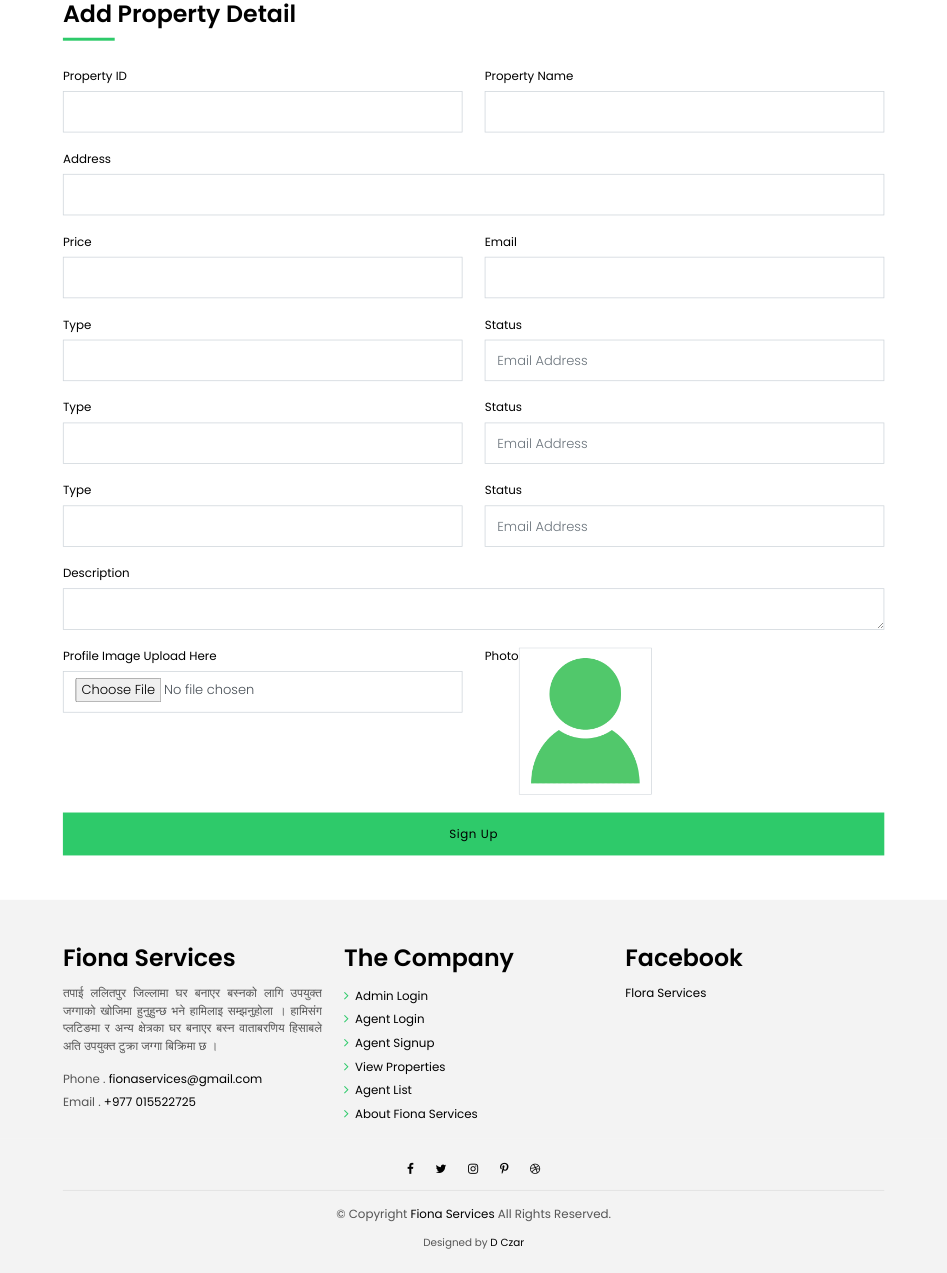
Repository: Sjuicyy/realstate
Page: Add-Property.html
An editor plug-in stored every save of this project. The page is shown before and after the next save, followed by the edit.
The browser window is 1280 px wide. The pictures show the whole page, at 74% of full size.

Above is the page before, as saved 2022-10-13 15:46:01.

After the next save:
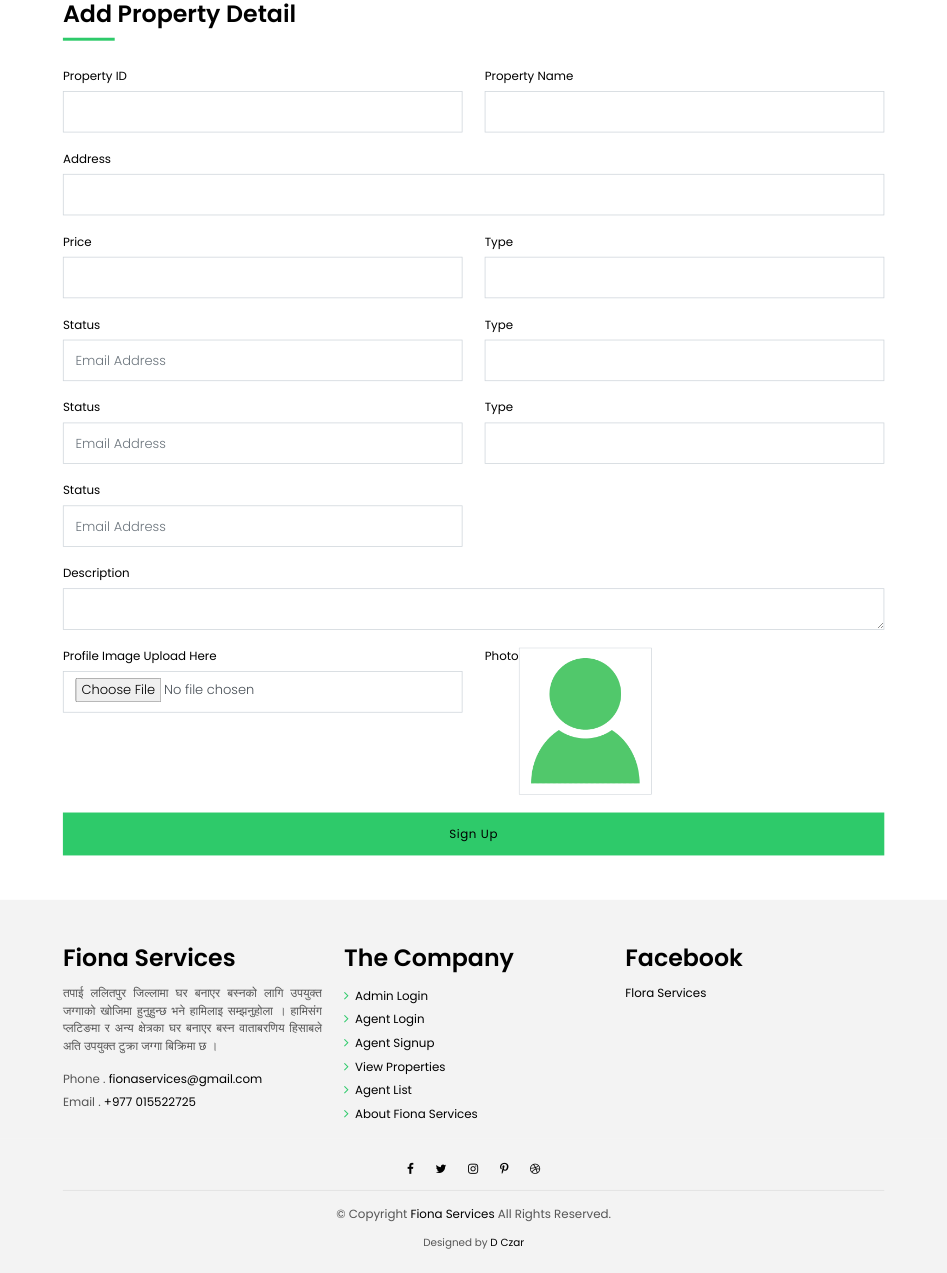
Saved 36 s later.
--- a/Add-Property.html
+++ b/Add-Property.html
@@ -142,13 +142,7 @@
                 <input type="number" class="form-control form-control-lg form-control-a" name="Phone">
               </div>
             </div>
-            <div class="col-md-6 mb-2">
-              <div class="form-group">
-                <label for="bedrooms">Email</label>
-                <input type="email" class="form-control form-control-lg form-control-a"
-                  name="Email">
-              </div>
-            </div>
+
 
 
 

After the save that followed:
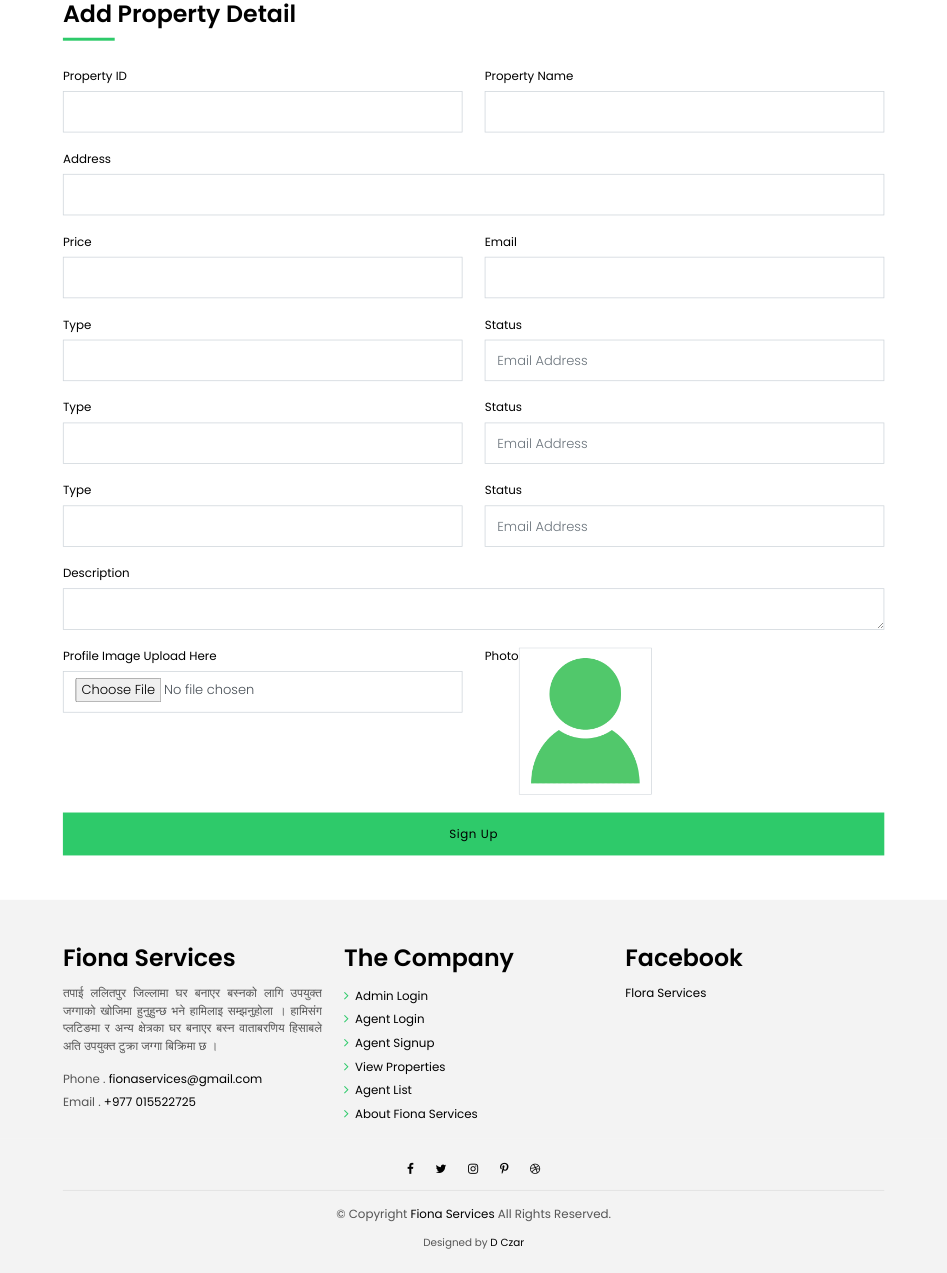
Saved 6 s later.
--- a/Add-Property.html
+++ b/Add-Property.html
@@ -142,7 +142,13 @@
                 <input type="number" class="form-control form-control-lg form-control-a" name="Phone">
               </div>
             </div>
-
+            <div class="col-md-6 mb-2">
+              <div class="form-group">
+                <label for="bedrooms">Email</label>
+                <input type="email" class="form-control form-control-lg form-control-a"
+                  name="Email">
+              </div>
+            </div>
 
 
 
